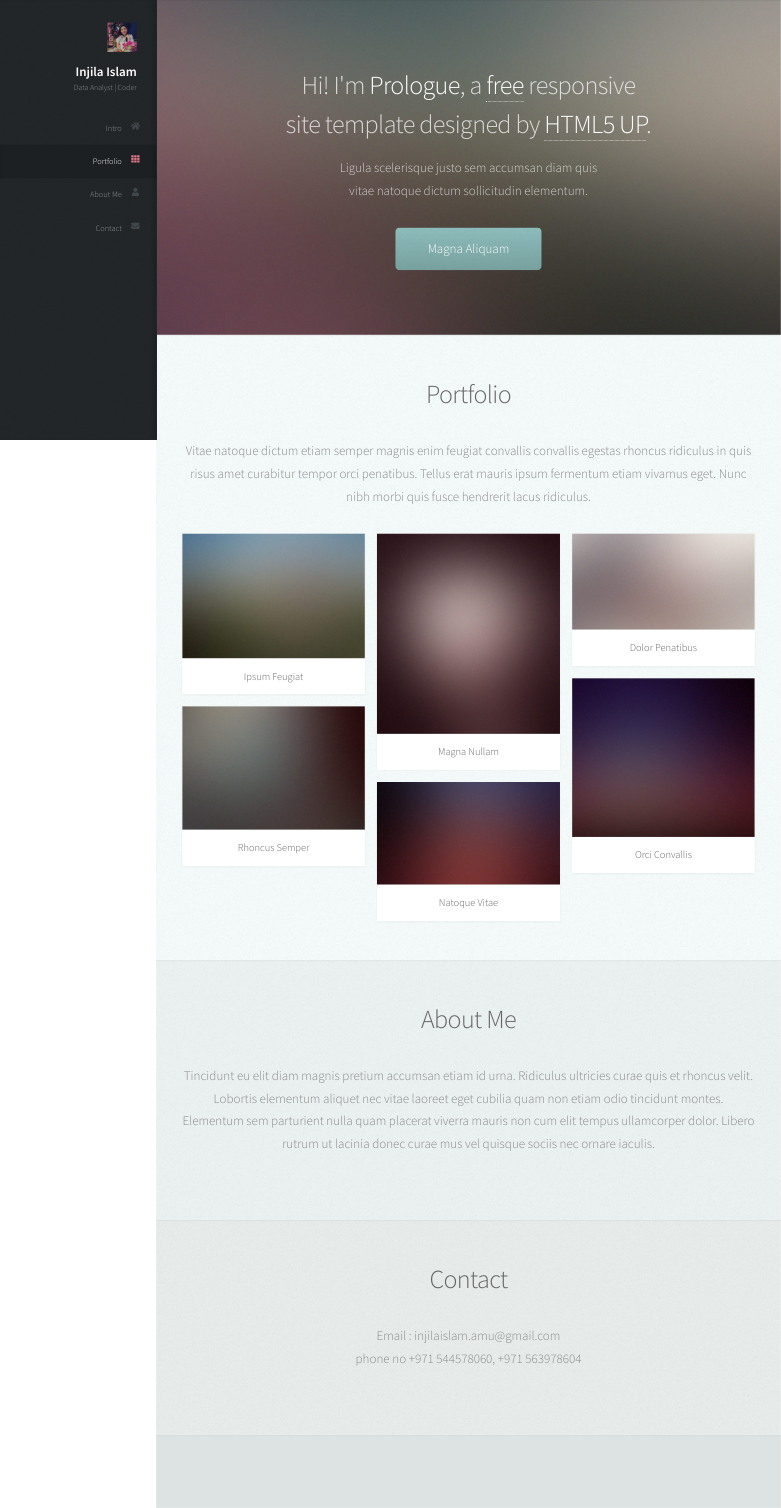
Repository: IslamInjila/new_portfolio
Page: index.html
These files come from the project's save history. The page is drawn as it stood at one moment and after the next save; the edit follows.
The browser window is 1280 px wide. The pictures show the whole page, at 61% of full size.

Above is the page before, as saved 2021-03-06 14:35:48.

### index.html
<!DOCTYPE HTML>
<!--
	Prologue by HTML5 UP
	html5up.net | @ajlkn
	Free for personal and commercial use under the CCA 3.0 license (html5up.net/license)
-->
<html>
	<head>
		<title>Prologue by HTML5 UP</title>
		<meta charset="utf-8" />
		<meta name="viewport" content="width=device-width, initial-scale=1, user-scalable=no" />
		<link rel="stylesheet" href="assets/css/main.css" />
	</head>
	<body class="is-preload">

		<!-- Header -->
			<div id="header">

				<div class="top">

					<!-- Logo -->
						<div id="logo">
							<span class="image avatar48"><img src="images/profileImage.jpg" alt="" /></span>
							<h1 id="title">Injila Islam</h1>
							<p>Data Analyst | Coder</p>
						</div>

					<!-- Nav -->
						<nav id="nav">
							<ul>
								<li><a href="#top" id="top-link"><span class="icon solid fa-home">Intro</span></a></li>
								<li><a href="#portfolio" id="portfolio-link"><span class="icon solid fa-th">Portfolio</span></a></li>
								<li><a href="#about" id="about-link"><span class="icon solid fa-user">About Me</span></a></li>
								<li><a href="#contact" id="contact-link"><span class="icon solid fa-envelope">Contact</span></a></li>
							</ul>
						</nav>

				</div>

				<div class="bottom">

					<!-- Social Icons -->
						<!-- <ul class="icons">
							<li><a href="#" class="icon brands fa-twitter"><span class="label">Twitter</span></a></li>
							<li><a href="#" class="icon brands fa-facebook-f"><span class="label">Facebook</span></a></li>
							<li><a href="#" class="icon brands fa-github"><span class="label">Github</span></a></li>
							<li><a href="#" class="icon brands fa-dribbble"><span class="label">Dribbble</span></a></li>
							<li><a href="#" class="icon solid fa-envelope"><span class="label">Email</span></a></li>
						</ul> -->

				</div>

			</div>

		<!-- Main -->
			<div id="main">

				<!-- Intro -->
					<section id="top" class="one dark cover">
						<div class="container">

							<header>
								<h2 class="alt">Hi! I'm <strong>Prologue</strong>, a <a href="http://html5up.net/license">free</a> responsive<br />
								site template designed by <a href="http://html5up.net">HTML5 UP</a>.</h2>
								<p>Ligula scelerisque justo sem accumsan diam quis<br />
								vitae natoque dictum sollicitudin elementum.</p>
							</header>

							<footer>
								<a href="#portfolio" class="button scrolly">Magna Aliquam</a>
							</footer>

						</div>
					</section>

				<!-- Portfolio -->
					<section id="portfolio" class="two">
						<div class="container">

							<header>
								<h2>Portfolio</h2>
							</header>

							<p>Vitae natoque dictum etiam semper magnis enim feugiat convallis convallis
							egestas rhoncus ridiculus in quis risus amet curabitur tempor orci penatibus.
							Tellus erat mauris ipsum fermentum etiam vivamus eget. Nunc nibh morbi quis
							fusce hendrerit lacus ridiculus.</p>

							<div class="row">
								<div class="col-4 col-12-mobile">
									<article class="item">
										<a href="#" class="image fit"><img src="images/pic02.jpg" alt="" /></a>
										<header>
											<h3>Ipsum Feugiat</h3>
										</header>
									</article>
									<article class="item">
										<a href="#" class="image fit"><img src="images/pic03.jpg" alt="" /></a>
										<header>
											<h3>Rhoncus Semper</h3>
										</header>
									</article>
								</div>
								<div class="col-4 col-12-mobile">
									<article class="item">
										<a href="#" class="image fit"><img src="images/pic04.jpg" alt="" /></a>
										<header>
											<h3>Magna Nullam</h3>
										</header>
									</article>
									<article class="item">
										<a href="#" class="image fit"><img src="images/pic05.jpg" alt="" /></a>
										<header>
											<h3>Natoque Vitae</h3>
										</header>
									</article>
								</div>
								<div class="col-4 col-12-mobile">
									<article class="item">
										<a href="#" class="image fit"><img src="images/pic06.jpg" alt="" /></a>
										<header>
											<h3>Dolor Penatibus</h3>
										</header>
									</article>
									<article class="item">
										<a href="#" class="image fit"><img src="images/pic07.jpg" alt="" /></a>
										<header>
											<h3>Orci Convallis</h3>
										</header>
									</article>
								</div>
							</div>

						</div>
					</section>

				<!-- About Me -->
					<section id="about" class="three">
						<div class="container">

							<header>
								<h2>About Me</h2>
							</header>

							<!-- <a href="#" class="image featured"><img src="images/profilePic.jpg" alt="" /></a> -->

							<p>Tincidunt eu elit diam magnis pretium accumsan etiam id urna. Ridiculus
							ultricies curae quis et rhoncus velit. Lobortis elementum aliquet nec vitae
							laoreet eget cubilia quam non etiam odio tincidunt montes. Elementum sem
							parturient nulla quam placerat viverra mauris non cum elit tempus ullamcorper
							dolor. Libero rutrum ut lacinia donec curae mus vel quisque sociis nec
							ornare iaculis.</p>

						</div>
					</section>

				<!-- Contact -->
					<section id="contact" class="four">
						<div class="container">

							<header>
								<h2>Contact</h2>
							</header>
							<P> Email : injilaislam.amu@gmail.com
							<br>phone no  +971 544578060, +971 563978604</p>

							<!-- <p>Elementum sem parturient nulla quam placerat viverra
							mauris non cum elit tempus ullamcorper dolor. Libero rutrum ut lacinia
							donec curae mus. Eleifend id porttitor ac ultricies lobortis sem nunc
							orci ridiculus faucibus a consectetur. Porttitor curae mauris urna mi dolor.</p> -->
<!--
							<form method="post" action="#">
								<div class="row">
									<div class="col-6 col-12-mobile"><input type="text" name="name" placeholder="Name" /></div>
									<div class="col-6 col-12-mobile"><input type="text" name="email" placeholder="Email" /></div>
									<div class="col-12">
										<textarea name="message" placeholder="Message"></textarea>
									</div>
									<div class="col-12">
										<input type="submit" value="Send Message" />
									</div>
								</div>
							</form> -->

						</div>
					</section>

			</div>

		<!-- Footer -->
			<div id="footer">

				<!-- Copyright -->
					<!-- <ul class="copyright">
						<li>&copy; Untitled. All rights reserved.</li><li>Design: <a href="http://html5up.net">HTML5 UP</a></li>
					</ul> -->

			</div>

		<!-- Scripts -->
			<script src="assets/js/jquery.min.js"></script>
			<script src="assets/js/jquery.scrolly.min.js"></script>
			<script src="assets/js/jquery.scrollex.min.js"></script>
			<script src="assets/js/browser.min.js"></script>
			<script src="assets/js/breakpoints.min.js"></script>
			<script src="assets/js/util.js"></script>
			<script src="assets/js/main.js"></script>

	</body>
</html>

Loaded but not shown: assets/js/jquery.min.js (library); assets/js/jquery.scrolly.min.js (common file); assets/js/jquery.scrollex.min.js (common file); assets/js/browser.min.js (common file); assets/js/breakpoints.min.js (common file); assets/css/fontawesome-all.min.css (library); assets/js/util.js (587 lines, source omitted); assets/js/main.js (123 lines, source omitted); assets/css/main.css (2633 lines, source omitted)

After the next save:
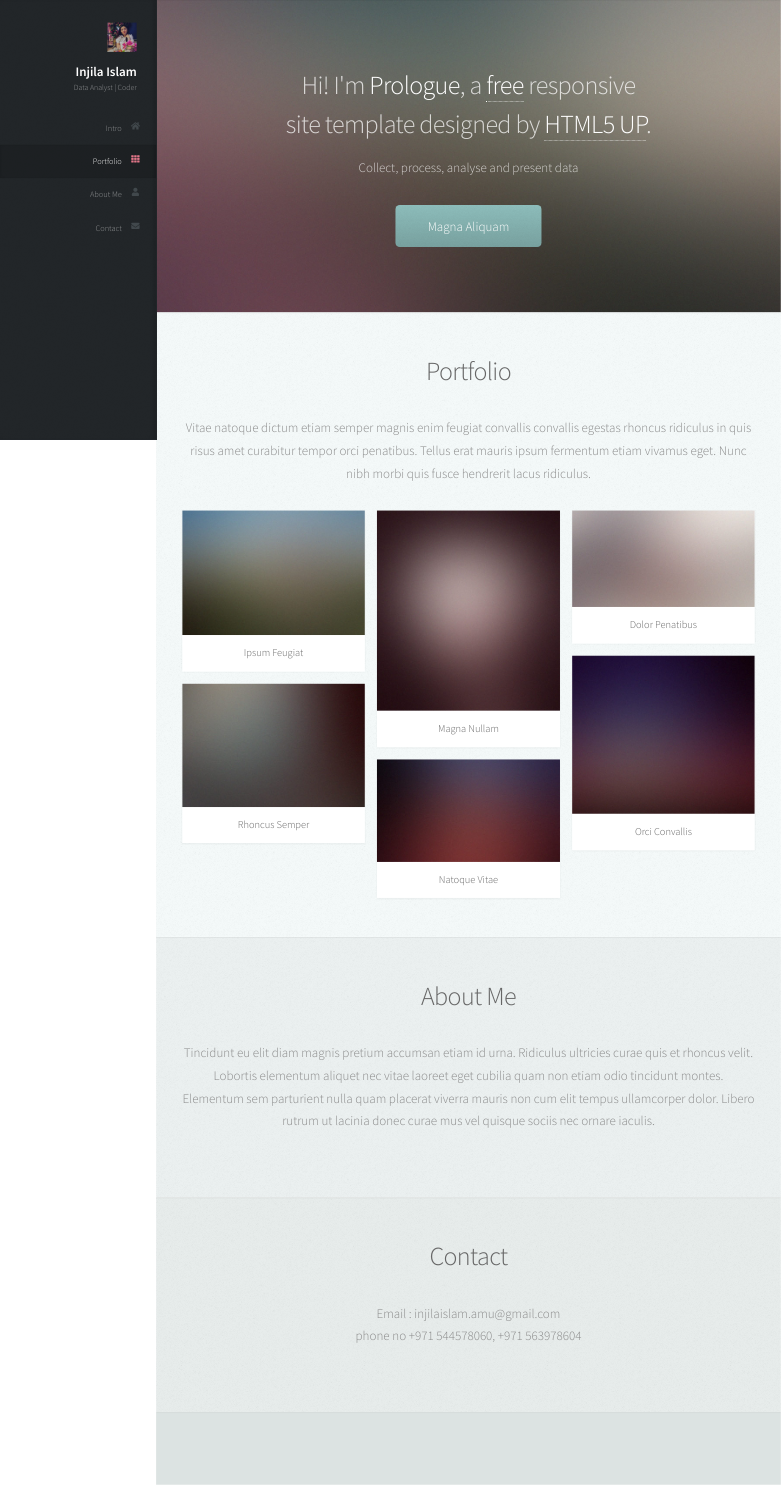
Saved 115 s later.
--- a/index.html
+++ b/index.html
@@ -62,8 +62,7 @@
 							<header>
 								<h2 class="alt">Hi! I'm <strong>Prologue</strong>, a <a href="http://html5up.net/license">free</a> responsive<br />
 								site template designed by <a href="http://html5up.net">HTML5 UP</a>.</h2>
-								<p>Ligula scelerisque justo sem accumsan diam quis<br />
-								vitae natoque dictum sollicitudin elementum.</p>
+								<p>Collect, process, analyse and present data </p>
 							</header>
 
 							<footer>
